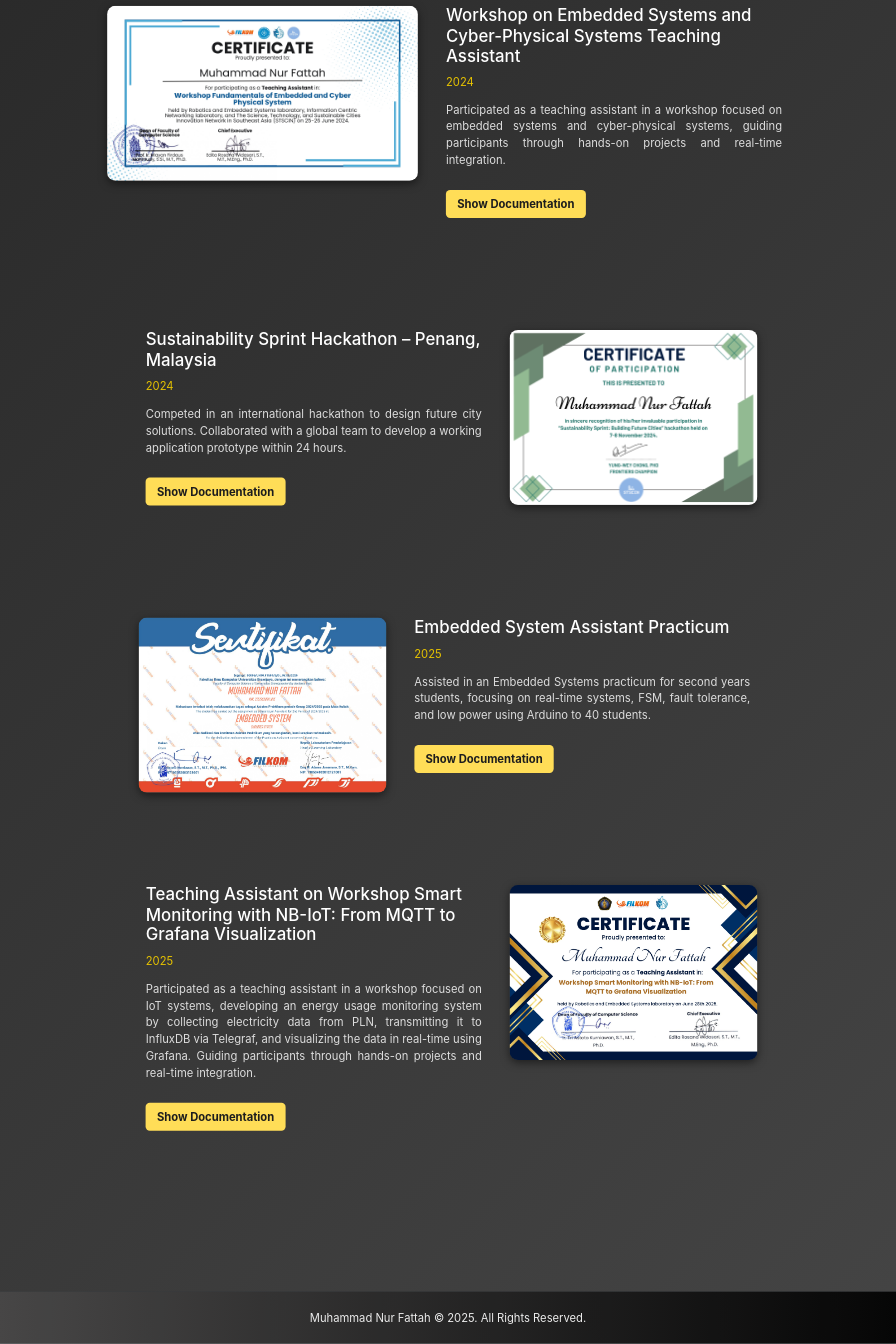
Repository: nurFattahh/Web-Portofolio
Page: /experience
An editor plug-in stored every save of this project. The page is shown before and after the next save, followed by the edit.
The browser window is 1280 px wide. The pictures show the part of the page from y = 1835 to 3755 px (the page is 3755 px tall before and 3726 px after), at 70% of full size.
The project was rebuilt for these pictures with package versions that can differ from the ones it lists, and the page was loaded fresh each time. Also part of the build but not shown: vite.config.js, src/components/Home/Home.css, src/components/Home/Home.jsx, src/components/About/About.css, src/components/About/Skillset.css, src/components/About/About.jsx, src/components/Project/Project.css, src/data/Projects.js and 3 more.

Above is the page before, as saved 2025-12-22 14:59:48.

### index.html
<!DOCTYPE html>
<html lang="en">
  <head>
    <meta charset="UTF-8" />
    <meta name="viewport" content="width=device-width, initial-scale=1.0" />
    <link rel="icon" href="/logo2.png" type="image/x-icon">
    <title>My Portfolio</title>

    <link href="https://stackpath.bootstrapcdn.com/bootstrap/4.5.2/css/bootstrap.min.css" rel="stylesheet" />
    <link rel="stylesheet" href="https://cdnjs.cloudflare.com/ajax/libs/font-awesome/6.0.0-beta3/css/all.min.css" />

  </head>
  <body>
    <div id="root"></div>
    <script type="module" src="/src/main.jsx"></script>
    <script src="https://code.jquery.com/jquery-3.5.1.slim.min.js"></script>
    <script src="https://cdn.jsdelivr.net/npm/@popperjs/core@2.9.2/dist/umd/popper.min.js"></script>
    <script src="https://stackpath.bootstrapcdn.com/bootstrap/4.5.2/js/bootstrap.min.js"></script>
    <link href="https://stackpath.bootstrapcdn.com/bootstrap/4.5.2/css/bootstrap.min.css" rel="stylesheet" />
  </body>
</html>

### src/main.jsx
import React from 'react';
import ReactDOM from 'react-dom/client';
import App from './App';
import './assets/styles/style.css';

ReactDOM.createRoot(document.getElementById('root')).render(
  <React.StrictMode>
    <App />
  </React.StrictMode>
);

### src/App.jsx
import React from "react";
import { BrowserRouter as Router, Routes, Route, useLocation } from "react-router-dom";
import { AnimatePresence } from "framer-motion";

import Navbar from "./components/Navbar/Navbar";
import Footer from "./components/Footer/Footer";

import Home from "./components/Home/Home";
import About from "./components/About/About";
import Project from "./components/Project/Project";
import Organization from "./components/Organization/Organization";
import Experience from "./components/Experience/Experience";
import ProjectDetail from "./components/Project/ProjectDetails";

import MotionWrapper from "./components/Animations/MotionWrapper";

const AnimatedRoutes = () => {
  const location = useLocation();

  return (
    <AnimatePresence mode="wait">
      <Routes location={location} key={location.pathname}>
        <Route path="/" element={<MotionWrapper><Home /></MotionWrapper>} />
        <Route path="/about" element={<MotionWrapper><About /></MotionWrapper>} />
        <Route path="/experience" element={<MotionWrapper><Experience /></MotionWrapper>} />
        <Route path="/projects" element={<MotionWrapper><Project /></MotionWrapper>} />
        <Route path="/organization" element={<MotionWrapper><Organization /></MotionWrapper>} />
        <Route path="/projects/:id" element={<MotionWrapper><ProjectDetail /></MotionWrapper>} />
      </Routes>
    </AnimatePresence>
  );
};

const App = () => (
  <Router>
    <Navbar />
    <AnimatedRoutes />
    <Footer />
  </Router>
);

export default App;

### src/assets/styles/style.css
#root {
    background: linear-gradient(135deg, #1c1c1c, #444444);
}

body {
    font-family: 'Arial', sans-serif;
    margin: 0;
    padding: 0;

}

html {
    scroll-padding-top: 2rem; /* Gantikan 80px dengan tinggi navbar Anda */
    scroll-behavior: smooth;
}

### src/components/Navbar/Navbar.jsx
import React, { useEffect, useRef } from "react";
import { Link } from "react-router-dom";
import "./Navbar.css";

const Navbar = () => {
  const navbarRef = useRef(null);

  useEffect(() => {
    const links = document.querySelectorAll(".navbar-collapse .nav-link");
    const navbar = navbarRef.current;

    links.forEach((link) => {
      link.addEventListener("click", () => {
        if (navbar && navbar.classList.contains("show")) {
          new window.bootstrap.Collapse(navbar).hide(); // collapse on mobile
        }
      });
    });

    return () => {
      links.forEach((link) => {
        link.removeEventListener("click", () => {});
      });
    };
  }, []);

  return (
    <nav className="navbar navbar-expand-lg navbar-dark bg-dark sticky-top">
      <Link className="navbar-brand" to="/">
        My Portfolio
      </Link>
      <button
        className="navbar-toggler"
        type="button"
        data-toggle="collapse"
        data-target="#navbarNav"
        aria-controls="navbarNav"
        aria-expanded="false"
        aria-label="Toggle navigation"
      >
        <span className="navbar-toggler-icon"></span>
      </button>
      <div
        className="collapse navbar-collapse"
        id="navbarNav"
        ref={navbarRef}
      >
        <ul className="navbar-nav ml-auto">
          <li className="nav-item">
            <Link className="nav-link" to="/">Home</Link>
          </li>
          <li className="nav-item">
            <Link className="nav-link" to="/about">About</Link>
          </li>
          <li className="nav-item">
            <Link className="nav-link" to="/experience">Experience</Link>
          </li>
          <li className="nav-item">
            <Link className="nav-link" to="/projects">Project</Link>
          </li>
        </ul>
      </div>
    </nav>
  );
};

export default Navbar;

### src/components/Footer/Footer.jsx
import React from 'react';
import './Footer.css';

const Footer = () => (
  <footer className="footer-section bg-dark text-white py-4">
    <div className="container text-center">
      <p> Muhammad Nur Fattah &copy; 2025. All Rights Reserved.</p>
    </div>
  </footer>
);

export default Footer;

### src/components/Experience/Experience.jsx
import React, { useState } from "react";
import certifications from "../../data/Experience";
import "./Experience.css";

const Experience = () => {
  const [activeDocId, setActiveDocId] = useState(null);
  const [modalImg, setModalImg] = useState(null);

  const toggleDocs = (id) => {
    setActiveDocId(activeDocId === id ? null : id);
  };

  const openModal = (img) => setModalImg(img);
  const closeModal = () => setModalImg(null);

  return (
    <section id="experience" className="experience-section">
      <div className="experience-container">
        <h2 className="experience-title"> <span className="certifications-text">Certifications</span> & Achievements</h2>
        {certifications.map((cert, index) => (
          <div
            key={cert.id}
            className={`experience-row ${index % 2 === 0 ? "row-left" : "row-right"}`}
          >
            <div className="experience-img">
              <img src={cert.image} alt={cert.title} />
            </div>
            <div className="experience-content">
              <h3>{cert.title}</h3>
              <p className="experience-date">{cert.date}</p>
              <p>{cert.description}</p>

              {cert.docs && cert.docs.length > 0 && (
                <>
                  <button onClick={() => toggleDocs(cert.id)} className="doc-button">
                    {activeDocId === cert.id ? "Hide Documentation" : "Show Documentation"}
                  </button>
                  <div
                    className="doc-gallery-wrapper"
                    style={{ minHeight: "80px" }} // Prevents layout shift
                  >
                    {activeDocId === cert.id && (
                      <div className="doc-gallery">
                        {cert.docs.map((img, i) => (
                          <img
                            key={i}
                            src={img}
                            alt={`doc-${i}`}
                            className="doc-img"
                            onClick={() => openModal(img)}
                          />
                        ))}
                      </div>
                    )}
                  </div>
                </>
              )}
            </div>
          </div>
        ))}
      </div>

      {modalImg && (
        <div className="image-modal" onClick={closeModal}>
          <div className="modal-content-img" onClick={(e) => e.stopPropagation()}>
            <img src={modalImg} alt="Preview" />
            <button className="close-modal" onClick={closeModal}>×</button>
          </div>
        </div>
      )}
    </section>
  );
};

export default Experience;

### src/components/Animations/MotionWrapper.jsx
// src/components/Animations/MotionWrapper.jsx
import React from "react";
import { motion } from "framer-motion";

const MotionWrapper = ({ children }) => {
  return (
    <motion.div
      initial={{ opacity: 0, y: 20 }}
      animate={{ opacity: 1, y: 0 }}
      exit={{ opacity: 0, y: -20 }}
      transition={{ duration: 0.5 }}
    >
      {children}
    </motion.div>
  );
};

export default MotionWrapper;

### src/components/Navbar/Navbar.css
.navbar {
    z-index: 1000;
}

.navbar .navbar-brand {
    margin-left: 170px;
}

.navbar-nav {
    margin-right: 170px;
}

.navbar {
    background: linear-gradient(135deg, #444444, #1c1c1c);
    opacity: 0.9;
    padding: 1rem 2rem;
    box-shadow: 0 4px 6px rgba(0, 0, 0, 0.1);
    transition: all 0.3s ease-in-out;
}

.navbar a {
    color: rgb(0, 0, 0);
    font-weight: bold;
    text-transform: uppercase;
    padding: 0.5rem 1rem;
    transition: color 0.3s ease;
}

.navbar a:hover {
    color: #ffdd57;
    text-shadow: 0px 0px 10px rgba(255, 255, 255, 0.7);
}

.navbar-nav .nav-link {
    position: relative;
    padding: 0.5rem 1rem;
    transition: color 0.3s ease-in-out;
}

.navbar-nav .nav-link:before {
    content: '';
    position: absolute;
    width: 100%;
    height: 2px;
    bottom: 0;
    left: 0;
    background-color: #ffdd57;
    visibility: hidden;
    transform: scaleX(0);
    transition: all 0.3s ease-in-out;
}

.navbar-nav .nav-link:hover:before {
    visibility: visible;
    transform: scaleX(1);
}


/* Efek Hover untuk Gambar Carousel */
@media (max-width: 1200px) {
    .navbar .navbar-brand {
        margin-left: 0;
    }

    .navbar-nav {
        margin-right: 0;
    }
}

### src/components/Footer/Footer.css
/* Footer Styles */
.footer-section {
  background: linear-gradient(90deg, rgb(73, 72, 72) 0%, rgb(0, 0, 0) 100%);
  opacity: 0.9;
    padding: 1rem 2rem;
    box-shadow: 0 4px 6px rgba(0, 0, 0, 0.1);
    transition: all 0.3s ease-in-out;        /* Teks di tengah */
  }

  .footer-section a {
    color: #ffc107;             /* Warna kuning untuk tautan */
    text-decoration: none;      /* Hilangkan garis bawah pada tautan */
  }

  .footer-section a:hover {
    text-decoration: underline; /* Menambahkan garis bawah saat hover */
  }

  .footer-section .container {
    max-width: 960px;            /* Lebar maksimum untuk konten footer */
    margin: 0 auto;              /* Centang konten */
  }

  .footer-section p {
    margin: 1px 0;              /* Margin antar paragraf */
  }

  .footer-section .text-white {
    color: #fff;                /* Memastikan teks tetap putih */
  }

### src/components/About/Skillset.jsx
import React from "react";
import "./Skillset.css";
import { FaCuttlefish, FaMicrochip, FaNetworkWired, FaPython, FaRobot, FaServer, FaDatabase, FaGithub } from "react-icons/fa";
import { SiPostgresql,SiTerraform , SiAnsible  } from "react-icons/si";
import { FaGolang } from "react-icons/fa6";

const skills = [
  { name: "C++", icon: <FaCuttlefish className="skill-icon" /> },
  { name: "Embedded System", icon: <FaMicrochip className="skill-icon" /> },
  { name: "MQTT", icon: <FaNetworkWired className="skill-icon" /> },
  { name: "Python", icon: <FaPython className="skill-icon" /> },
  { name: "AI / ML", icon: <FaRobot className="skill-icon" /> },
  { name: "Go", icon: <FaGolang className="skill-icon" /> },
  { name: "Backend", icon: <FaServer className="skill-icon" /> },
  { name: "PostgreSQL", icon: <SiPostgresql className="skill-icon" /> },
  { name: "GitHub", icon: <FaGithub className="skill-icon" /> },
  { name: "Terraform", icon: <SiTerraform className="skill-icon" /> },
  { name: "Ansible", icon: <SiAnsible className="skill-icon" /> },
];

const Skillset = () => {
  return (
    <div className="skillset-section">
      <h3 className="skillset-title">Professional Skillset</h3>
      <div className="skillset-grid">
        {skills.map((skill, index) => (
          <div className="skill-box" key={index}>
            {skill.icon}
            <span>{skill.name}</span>
          </div>
        ))}
      </div>
    </div>
  );
};

export default Skillset;

### src/data/Experience.js
import { certs, docs } from "./ImageImport.js";

const certifications = [
  {
    id: 1,
    image: certs.cert1,
    title: "Basic Programming Assistant Practicum",
    description:
      "Served as a teaching assistant for the Basic Programming Practicum, guiding a class of 40 students in C++ fundamentals, including syntax, control structures, and basic algorithms.",
    date: "2023",
    docs: ["Experiences/Docs/docs11.jpg"]
  },
  {
    id: 2,
    image: certs.cert2,
    title: "Digital System Assistant Practicum",
    description:
      "Assisted in teaching digital system fundamentals to 40 students, covering logic gates, flip-flops, multiplexers, arithmetic circuits, and circuit simulation using Multisim.",
    date: "2023",
    docs: ["Experiences/Docs/docs11.jpg"]
  },
  {
    id: 3,
    image: certs.cert3,
    title: "Data Structure and Algorithm Assistant Practicum",
    description:
      "Helped deliver practical sessions on data structures and algorithms, including stacks, queues, linked lists, and trees, to a class of 40 students.",
    date: "2024",
    docs: [docs.docs1, docs.docs2,]
  },
  {
    id: 4,
    image: certs.cert4,
    title: "Microprocessor and Microcontroller Assistant Practicum",
    description:
      "Assisted in microcontroller and microprocessor practicals, teaching I/O operations, timers, interrupts, and communication protocols to 40 students.",
    date: "2024",
    docs: [docs.docs3, docs.docs4]
  },
  {
    id: 5,
    image: certs.cert5,
    title:
      "Workshop on Embedded Systems and Cyber-Physical Systems Teaching Assistant",
    description:
      "Participated as a teaching assistant in a workshop focused on embedded systems and cyber-physical systems, guiding participants through hands-on projects and real-time integration.",
    date: "2024",
    docs: [docs.docs5]
  },
  {
    id: 6,
    image: certs.cert6,
    title: "Sustainability Sprint Hackathon – Penang, Malaysia",
    description:
      "Competed in an international hackathon to design future city solutions. Collaborated with a global team to develop a working application prototype within 24 hours.",
    date: "2024",
    docs: [docs.docs6, docs.docs7]
  },
  {
    id: 7,
    image: certs.cert7,
    title: "Embedded System Assistant Practicum",
    description:
      "Assisted in an Embedded Systems practicum for second years students, focusing on real-time systems, FSM, fault tolerance, and low power using Arduino to 40 students.",
    date: "2025",
    docs: [docs.docs8, docs.docs9]
  },
  {
    id: 8,
    image: certs.cert8,
    title: "Teaching Assistant on Workshop Smart Monitoring with NB-IoT: From MQTT to Grafana Visualization",
    description:
      "Participated as a teaching assistant in a workshop focused on IoT systems, developing an energy usage monitoring system by collecting electricity data from PLN, transmitting it to InfluxDB via Telegraf, and visualizing the data in real-time using Grafana. Guiding participants through hands-on projects and real-time integration.",
    date: "2025",
    docs: [docs.docs10, docs.docs11]
  }
];

export default certifications;

### src/components/Experience/Experience.css
.experience-section {
  padding: 70px 20px;
  background: linear-gradient(135deg, #1c1c1c, #444444);
  color: #fff;
}

.experience-container {
  max-width: 1200px;
  margin: 0 auto;
  padding: 0 15px; /* Biar aman dari overflow kiri-kanan */
  box-sizing: border-box;
  animation: fadeIn 1.5s ease-in-out;
}

.certifications-text {
  color: white;
}

.experience-title {
  text-align: center;
  font-size: 36px;
  margin-bottom: 60px;
  color: #ffdd57;
  text-shadow: 0 3px 10px rgba(0, 0, 0, 0.4);
  font-family:'Franklin Gothic Medium', 'Arial Narrow', Arial, sans-serif;
}

/* Grid-like layout */
.experience-row {
  display: flex;
  flex-wrap: wrap;
  align-items: flex-start;
  justify-content: center;
  margin-bottom: 60px;
  gap: 30px;
}

.experience-img img {
  width: auto;
  border-radius: 12px;
  box-shadow: 0 4px 12px rgba(0, 0, 0, 0.5);
  height: 250px;
  object-fit: cover;
}

.experience-content {
  flex: 1;
  min-width: 280px;
  max-width: 500px;
  padding: 0 10px;
}

.experience-content h3 {
  font-size: 24px;
  margin-bottom: 10px;
}

.experience-content p {
  font-size: 16px;
  color: #ddd;
  text-align: justify;
}

/* Alternate layout */
.row-left .experience-img {
  order: 1;
}
.row-left .experience-content {
  order: 2;
}
.row-right .experience-img {
  order: 2;
}
.row-right .experience-content {
  order: 1;
}

/* Button */
.doc-button {
  margin-top: 15px;
  padding: 8px 16px;
  background-color: #ffdd57;
  color: #1d1d1d;
  border: none;
  border-radius: 6px;
  font-weight: bold;
  cursor: pointer;
  transition: background 0.3s;
}
.doc-button:hover {
  background-color: #e6c200;
}

/* Documentation Gallery */
.doc-gallery-wrapper {
  margin-top: 20px;
  padding: 10px 0;
}

.doc-gallery {
  margin-top: 15px;
  display: flex;
  flex-wrap: wrap;
  justify-content: flex-start;
  gap: 10px;
}

.doc-img {
  width: 120px;
  height: auto;
  border-radius: 8px;
  box-shadow: 0 2px 6px rgba(0, 0, 0, 0.3);
  cursor: pointer;
  transition: transform 0.3s ease;
}
.doc-img:hover {
  transform: scale(1.05);
}

p.experience-date {
  color: #e6c200;
}

/* Modal Image Preview */
.image-modal {
  position: fixed;
  top: 0;
  left: 0;
  width: 100vw;
  height: 100vh;
  background: rgba(0, 0, 0, 0.8);
  display: flex;
  justify-content: center;
  align-items: center;
  z-index: 9999;
  padding: 20px;
  box-sizing: border-box;
}

.modal-content-img {
  position: relative;
  max-width: 100%;
  max-height: 90vh;
}

.modal-content-img img {
  width: 800px;
  height: auto;
  border-radius: 8px;
  box-shadow: 0 4px 10px rgba(0, 0, 0, 0.6);
}

.close-modal {
  position: absolute;
  top: -10px;
  right: -10px;
  font-size: 28px;
  background: #fff;
  border: none;
  border-radius: 50%;
  cursor: pointer;
  padding: 4px 10px;
  box-shadow: 0 2px 6px rgba(0, 0, 0, 0.5);
}

/* Responsive */
@media (max-width: 768px) {
  .experience-row {
    flex-direction: column;
    text-align: center;
  }

  .experience-img {
    order: 1 !important;
  }

  .experience-img img {
    width: 100%;
    height: auto;

    margin: 0 auto;
    display: block;
  }

  .experience-content {
    padding: 0 10px;
  }

  p.experience-date {
    font-size: 14px;
    margin-bottom: 10px;
    text-align: center;
    color: #e6c200;
  }

  .experience-content {
    order: 2 !important;
    max-width: 100%;
  }

  .doc-gallery {
    justify-content: center;
  }

  .doc-img {
    width: 100px;
  }

  .modal-content-img img {
    width: 90vw;
  }
}

### src/components/Project/ProjectDetails.css
.project-detail-section {
    padding: 80px 20px;
    background: linear-gradient(135deg, #1a1a1a, #2b2b2b);
    color: #f1f1f1;
    font-family: 'Segoe UI', sans-serif;
  }

  .project-detail-container {
    max-width: 1000px;
    margin: 0 auto;
    padding: 30px;
    background-color: #2f2f2f;
    border-radius: 12px;
    box-shadow: 0 4px 12px rgba(0,0,0,0.5);
  }

  .project-detail-title {
    font-size: 36px;
    color: #ffdd57;
    margin-bottom: 10px;
    text-align: center;
  }

  .project-detail-date {
    font-size: 16px;
    color: #aaa;
    text-align: center;
    margin-bottom: 30px;
  }

  .project-detail-description {
    font-size: 18px;
    color: #ddd;
    line-height: 1.8;
    margin-bottom: 20px;
    text-align: justify;
  }

  h4 {
    color: #ffdd57;
    margin-top: 30px;
    margin-bottom: 15px;
  }

  ul {
    margin-left: 20px;
    color: #ccc;
  }

  .tech-stack {
    display: flex;
    flex-wrap: wrap;
    gap: 10px;
  }

  .tech-badge {
    background-color: #444;
    color: #ffffff;
    border-radius: 20px;
    padding: 6px 14px;
    font-size: 14px;
    font-weight: bold;
  }

  .image-title {
    font-size: 24px;
    color: #ffdd57;
    text-align: center;
    margin-top: 20px;
    margin-bottom: 15px;
  }

  .image-gallery {
    display: flex;
    flex-wrap: wrap;
    gap: 10px;
    margin-top: 15px;
    justify-content: center;
  }

  .detail-img {
    width: 100%;
    max-width: 300px;
    border-radius: 10px;
    object-fit: cover;
    box-shadow: 0 4px 8px rgba(0,0,0,0.4);
    transition: transform 0.3s ease;
    cursor: pointer;
  }

  .detail-img:hover {
    transform: scale(1.05);
  }

  .project-details-buttons {
    margin-top: 30px;
    padding-top: 30px;
    display: flex;
    gap: 15px;
    justify-content: center;
  }

  .project-details-buttons a {

    padding: 10px 20px;
    border-radius: 25px;
    font-weight: bold;
    text-decoration: none;
    transition: 0.3s ease;
  }


  .back-button {
    display: block;
    margin: 40px auto 0;
    text-align: center;
    color: #aaa;
    font-size: 15px;
    text-decoration: underline;
    cursor: pointer;
  }

  /* Modal container */
.image-modal {
  position: fixed;
  top: 0;
  left: 0;
  width: 100vw;
  height: 100vh;
  background: rgba(0, 0, 0, 0.8);
  display: flex;
  justify-content: center;
  align-items: center;
  z-index: 9999;
  padding: 20px;
  box-sizing: border-box;
}

/* Modal content wrapper */
.modal-content-img {
  position: relative;
  max-width: 90vw;
  max-height: 90vh;
}

/* ✅ INI bagian yang mengatur gambar saat modal dibuka */
.modal-content-img img {
  width: auto;
  max-width: 90vw;
  height: auto;
  max-height: 80vh; /* ⬅️ Batasi tinggi agar tidak terlalu panjang */
  object-fit: contain;
  border-radius: 10px;
  box-shadow: 0 4px 10px rgba(0, 0, 0, 0.6);
}


  @media (max-width: 768px) {
    .project-detail-description {
      font-size: 16px;
    }
    .detail-img {
      width: 100%;
      max-width: 350px;
      height: auto;
      border-radius: 10px;
      object-fit: contain;
      box-shadow: 0 4px 8px rgba(0,0,0,0.4);
      transition: transform 0.3s ease;
      cursor: pointer;
      display: block;
      margin: 0 auto; /* Center image horizontally */
    }

    .image-gallery {
      flex-direction: column;
      align-items: center;
    }

  }

Loaded but not shown: src/data/ImageImport.js (96 lines, source omitted)

After the next save:
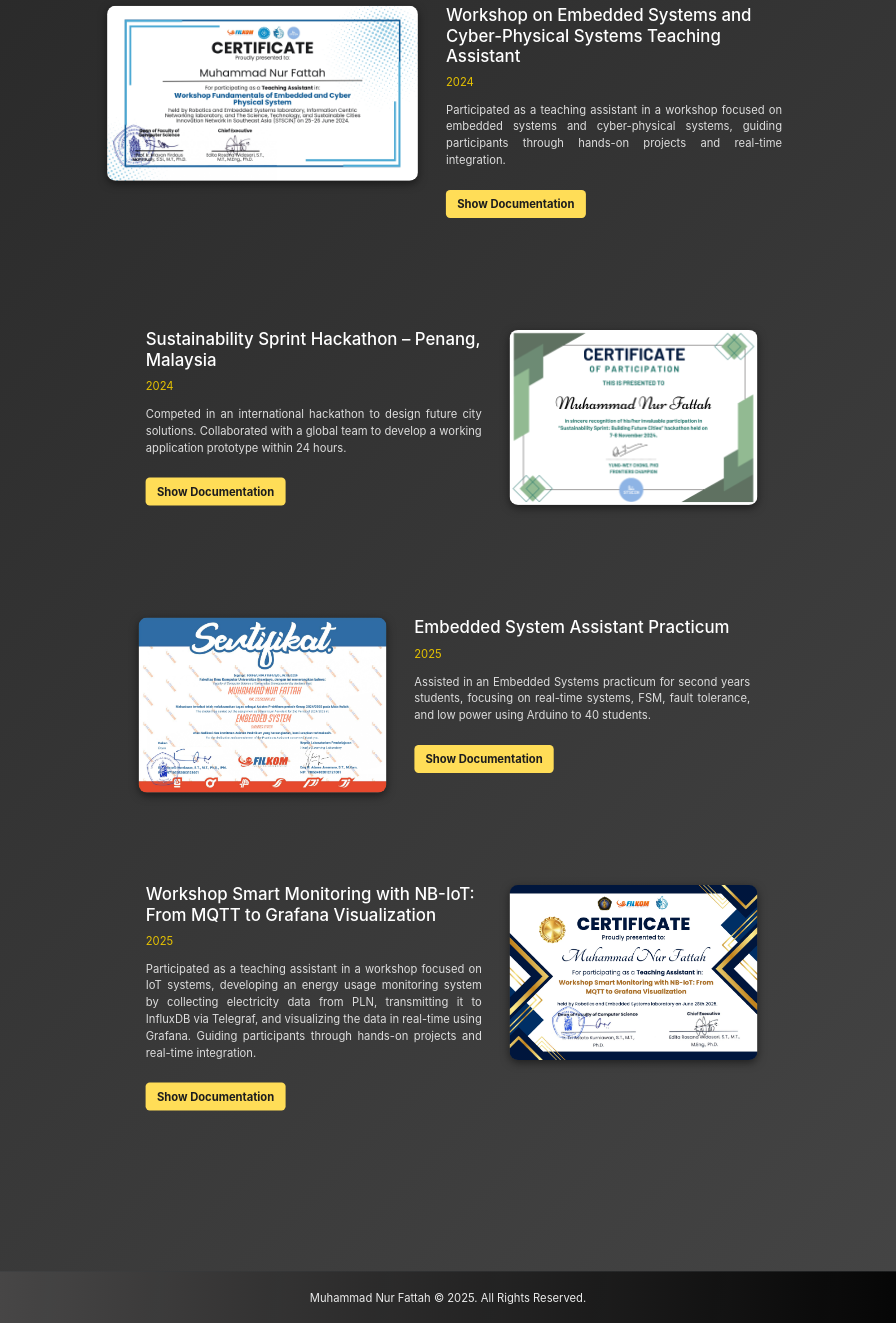
Saved 32 s later.
--- a/src/data/Experience.js
+++ b/src/data/Experience.js
@@ -68,7 +68,7 @@
   {
     id: 8,
     image: certs.cert8,
-    title: "Teaching Assistant on Workshop Smart Monitoring with NB-IoT: From MQTT to Grafana Visualization",
+    title: "Workshop Smart Monitoring with NB-IoT: From MQTT to Grafana Visualization",
     description:
       "Participated as a teaching assistant in a workshop focused on IoT systems, developing an energy usage monitoring system by collecting electricity data from PLN, transmitting it to InfluxDB via Telegraf, and visualizing the data in real-time using Grafana. Guiding participants through hands-on projects and real-time integration.",
     date: "2025",
